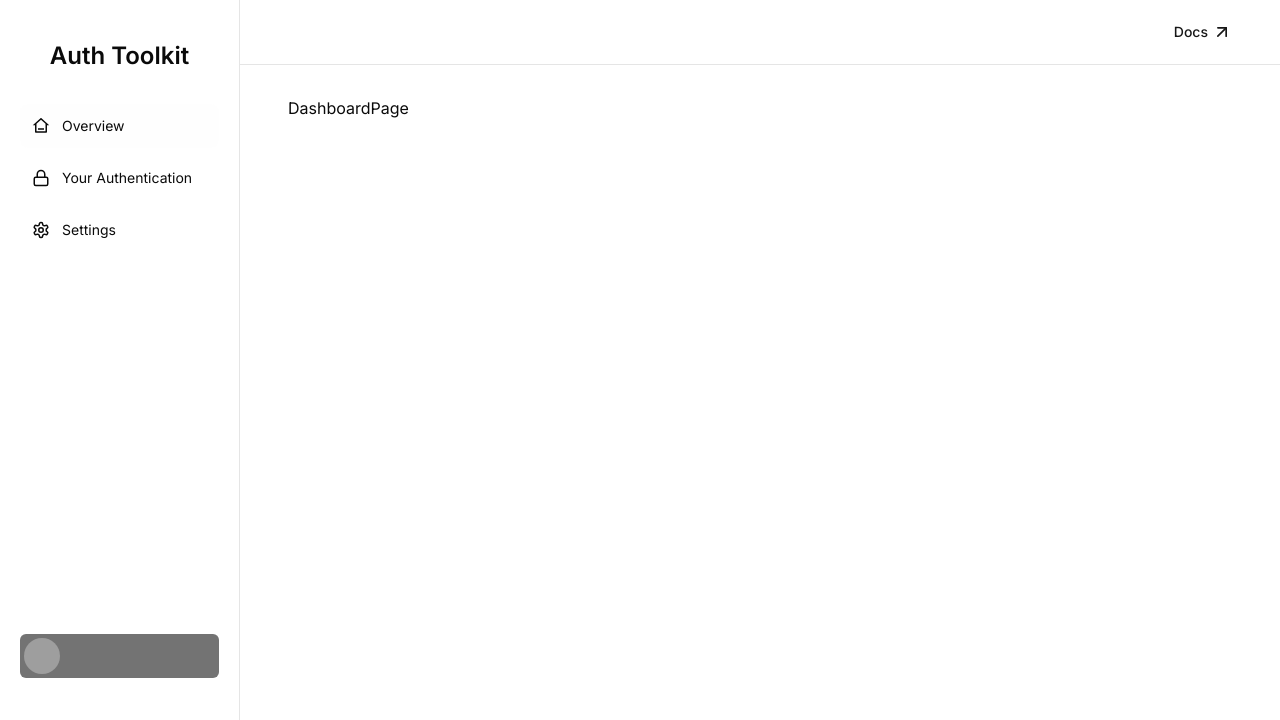
Repository: nickgoel31/authentication-toolkit
Page: /dashboard
The author's editor kept a copy of each file at every save. The page is drawn from the files as they stood at one save, then again after the next save.
The browser window is 1280 px wide. The pictures show the whole page.
Pictures or frames that could not be fetched are drawn as grey boxes. The page's requests for data from a server got no answer. The project was rebuilt for these pictures with package versions that can differ from the ones it lists, and the page was loaded fresh each time. The framework's server and built-in components were replaced by stand-ins that run in the browser. No one was signed in, and anything a server would have sent is missing. Also part of the build but not shown: next.config.mjs.

Above is the page before, as saved 2024-02-05 20:24:19.

After the next save:
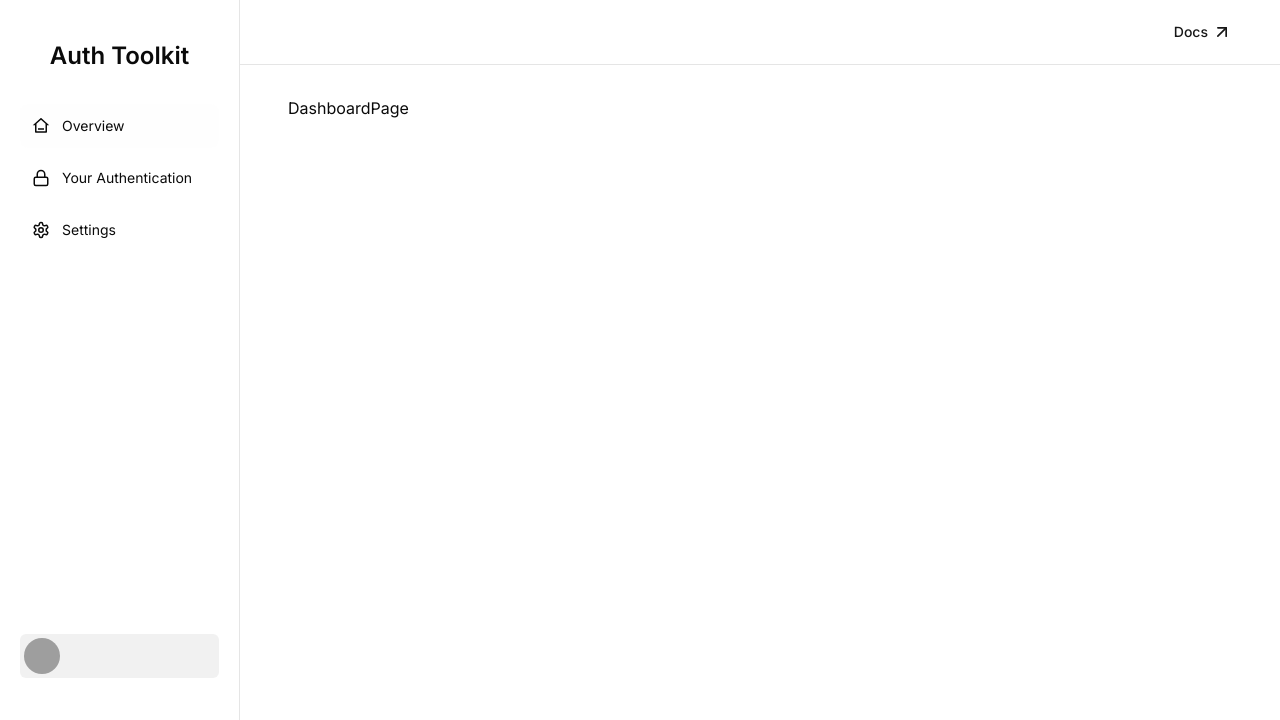
Saved 6 s later.
--- a/app/(protected)/_components/user-button.tsx
+++ b/app/(protected)/_components/user-button.tsx
@@ -25,7 +25,7 @@ const UserButton = () => {
   return (
     <DropdownMenu>
         <DropdownMenuTrigger className='w-full rounded-md overflow-hidden'>
-            <div className='flex items-center gap-3 bg-neutral-500 w-full p-1'>
+            <div className='flex items-center gap-3 bg-neutral-500/10 w-full p-1'>
                 <Avatar className='w-9 h-9'>
                     <AvatarImage src="https://github.com/shadcn3.png" />
                     <AvatarFallback>
